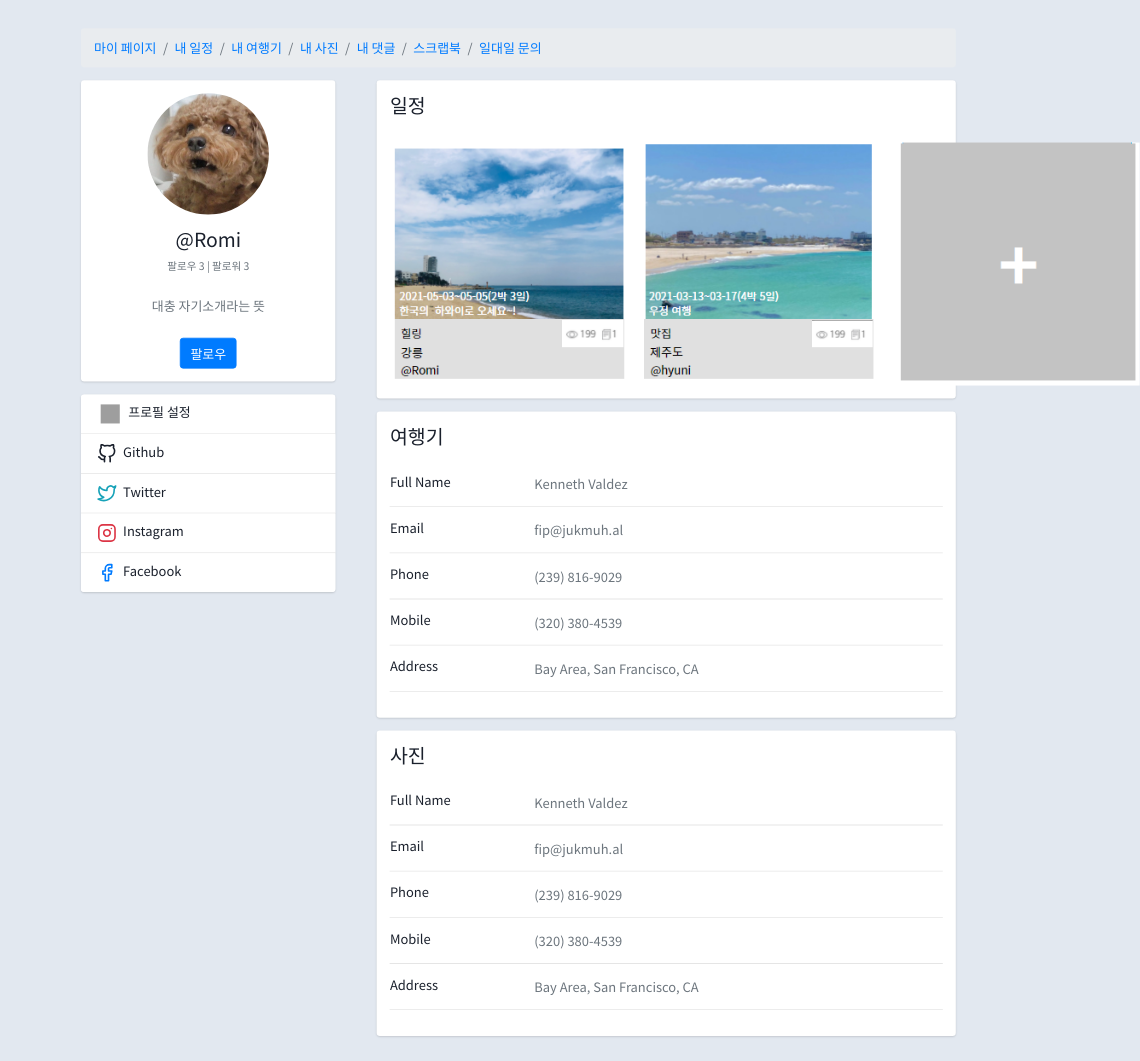
Repository: jangseohyun/LEGGO_2021
Page: http://localhost/PrjApp/ProfileTest.jsp
An editor plug-in stored every save of this project. The page is shown before and after the next save, followed by the edit.
The browser window is 1280 px wide. The page is 1407 px wide, then 1280 px, so the pictures cover 1407 px, including what lies to the right of the window. The pictures show the whole page, at 81% of full size.
Pictures or frames that could not be fetched are drawn as grey boxes. Some web libraries are served in a nearby version. The page is served by Tomcat 9. Other server files are loaded and not shown.

Above is the page before, as saved 2021-06-27 10:10:59.

### PrjApp/WebContent/ProfileTest.jsp
<%@ page contentType="text/html; charset=UTF-8"%>
<%@ taglib prefix="c" uri="http://java.sun.com/jsp/jstl/core"%>
<%
	request.setCharacterEncoding("UTF-8");
	String cp = request.getContextPath();
%>
<!DOCTYPE html>
<head>
    <meta charset="utf-8">
    <!--  This file has been downloaded from bootdey.com @bootdey on twitter -->
    <!--  All snippets are MIT license http://bootdey.com/license -->
    <title>ProfileTest.jsp</title>
    <meta name="viewport" content="width=device-width, initial-scale=1">
	<script src="https://code.jquery.com/jquery-1.10.2.min.js"></script>
    <link href="https://cdn.jsdelivr.net/npm/bootstrap@4.4.1/dist/css/bootstrap.min.css" rel="stylesheet">
	<script src="https://cdn.jsdelivr.net/npm/bootstrap@4.4.1/dist/js/bootstrap.bundle.min.js"></script>
	<link rel="preconnect" href="https://fonts.googleapis.com">
	<link rel="preconnect" href="https://fonts.gstatic.com" crossorigin>
	<link href="https://fonts.googleapis.com/css2?family=Noto+Sans+KR:wght@400;700&display=swap" rel="stylesheet">
</head>
<body>
<div class="container">
    <div class="main-body">

          <!-- 상단 메뉴 -->
          <nav aria-label="breadcrumb" class="main-breadcrumb">
            <ol class="breadcrumb">
              <li class="breadcrumb-item" aria-current="page"><a href="javascript:void(0)">마이 페이지</a></li>
              <li class="breadcrumb-item"><a href="">내 일정</a></li>
              <li class="breadcrumb-item"><a href="">내 여행기</a></li>
              <li class="breadcrumb-item"><a href="">내 사진</a></li>
              <li class="breadcrumb-item"><a href="">내 댓글</a></li>
              <li class="breadcrumb-item"><a href="">스크랩북</a></li>
              <li class="breadcrumb-item"><a href="">일대일 문의</a></li>
            </ol>
          </nav>

          <div class="row gutters-sm">
            <div class="col-md-4 mb-3">

              <!-- 프로필 -->
              <div class="card w-90">
                <div class="card-body">
                  <div class="d-flex flex-column align-items-center text-center">
                    <img src="images/profile_img_sample.jpg" alt="Admin" class="rounded-circle" width="150">
                    <div class="mt-3">
                      <h4>@Romi</h4>
                      <p class="text-secondary mb-1" style="font-size: 13px;">팔로우 3  |  팔로워 3</p><br>
                      <p class="text-secondary mb-1">대충 자기소개라는 뜻</p><br>
                      <button class="btn btn-primary">팔로우</button>
                    </div>
                  </div>
                </div>
              </div>

              <!-- 프로필 버튼 -->
              <div class="card mt-3 w-90">
                <ul class="list-group list-group-flush">
                  <li class="list-group-item d-flex justify-content-between align-items-center flex-wrap">
                    <h6 class="mb-0">&nbsp;<img src="https://image.flaticon.com/icons/png/512/3524/3524752.png" width="24" height="24">&nbsp;&nbsp;&nbsp;프로필 설정</h6>
                    <!-- <span class="text-secondary">https://bootdey.com</span> -->
                  </li>
                  <li class="list-group-item d-flex justify-content-between align-items-center flex-wrap">
                    <h6 class="mb-0"><svg xmlns="http://www.w3.org/2000/svg" width="24" height="24" viewBox="0 0 24 24" fill="none" stroke="currentColor" stroke-width="2" stroke-linecap="round" stroke-linejoin="round" class="feather feather-github mr-2 icon-inline"><path d="M9 19c-5 1.5-5-2.5-7-3m14 6v-3.87a3.37 3.37 0 0 0-.94-2.61c3.14-.35 6.44-1.54 6.44-7A5.44 5.44 0 0 0 20 4.77 5.07 5.07 0 0 0 19.91 1S18.73.65 16 2.48a13.38 13.38 0 0 0-7 0C6.27.65 5.09 1 5.09 1A5.07 5.07 0 0 0 5 4.77a5.44 5.44 0 0 0-1.5 3.78c0 5.42 3.3 6.61 6.44 7A3.37 3.37 0 0 0 9 18.13V22"></path></svg>Github</h6>
                  </li>
                  <li class="list-group-item d-flex justify-content-between align-items-center flex-wrap">
                    <h6 class="mb-0"><svg xmlns="http://www.w3.org/2000/svg" width="24" height="24" viewBox="0 0 24 24" fill="none" stroke="currentColor" stroke-width="2" stroke-linecap="round" stroke-linejoin="round" class="feather feather-twitter mr-2 icon-inline text-info"><path d="M23 3a10.9 10.9 0 0 1-3.14 1.53 4.48 4.48 0 0 0-7.86 3v1A10.66 10.66 0 0 1 3 4s-4 9 5 13a11.64 11.64 0 0 1-7 2c9 5 20 0 20-11.5a4.5 4.5 0 0 0-.08-.83A7.72 7.72 0 0 0 23 3z"></path></svg>Twitter</h6>
                  </li>
                  <li class="list-group-item d-flex justify-content-between align-items-center flex-wrap">
                    <h6 class="mb-0"><svg xmlns="http://www.w3.org/2000/svg" width="24" height="24" viewBox="0 0 24 24" fill="none" stroke="currentColor" stroke-width="2" stroke-linecap="round" stroke-linejoin="round" class="feather feather-instagram mr-2 icon-inline text-danger"><rect x="2" y="2" width="20" height="20" rx="5" ry="5"></rect><path d="M16 11.37A4 4 0 1 1 12.63 8 4 4 0 0 1 16 11.37z"></path><line x1="17.5" y1="6.5" x2="17.51" y2="6.5"></line></svg>Instagram</h6>
                  </li>
                  <li class="list-group-item d-flex justify-content-between align-items-center flex-wrap">
                    <h6 class="mb-0"><svg xmlns="http://www.w3.org/2000/svg" width="24" height="24" viewBox="0 0 24 24" fill="none" stroke="currentColor" stroke-width="2" stroke-linecap="round" stroke-linejoin="round" class="feather feather-facebook mr-2 icon-inline text-primary"><path d="M18 2h-3a5 5 0 0 0-5 5v3H7v4h3v8h4v-8h3l1-4h-4V7a1 1 0 0 1 1-1h3z"></path></svg>Facebook</h6>
                  </li>
                </ul>
              </div>
            </div>

            <!-- 일정 -->
            <div class="col-md-8">
              <div class="card mb-3">
                <div class="card-body">
                  <h4>일정</h4><br>
                  <img src="images/sample.PNG" style="height:300px;">
                  <!--
                  <div class="row">
                    <div class="col-sm-3">
                      <h6 class="mb-0">Full Name</h6>
                    </div>
                    <div class="col-sm-9 text-secondary">
                      Kenneth Valdez
                    </div>
                  </div>
                  <hr>
                  <div class="row">
                    <div class="col-sm-3">
                      <h6 class="mb-0">Email</h6>
                    </div>
                    <div class="col-sm-9 text-secondary">
                      fip@jukmuh.al
                    </div>
                  </div>
                  <hr>
                  <div class="row">
                    <div class="col-sm-3">
                      <h6 class="mb-0">Phone</h6>
                    </div>
                    <div class="col-sm-9 text-secondary">
                      (239) 816-9029
                    </div>
                  </div>
                  <hr>
                  <div class="row">
                    <div class="col-sm-3">
                      <h6 class="mb-0">Mobile</h6>
                    </div>
                    <div class="col-sm-9 text-secondary">
                      (320) 380-4539
                    </div>
                  </div>
                  <hr>
                  <div class="row">
                    <div class="col-sm-3">
                      <h6 class="mb-0">Address</h6>
                    </div>
                    <div class="col-sm-9 text-secondary">
                      Bay Area, San Francisco, CA
                    </div>
                  </div>
                  <hr>
                  <div class="row">

                    <div class="col-sm-12">
                      <a class="btn btn-info " target="__blank" href="https://www.bootdey.com/snippets/view/profile-edit-data-and-skills">Edit</a>
                    </div>

                  </div>
                   -->
                </div>
              </div>

              <!-- 여행기 -->
              <div class="card mb-3">
                <div class="card-body">
                  <h4>여행기</h4><br>
                  <div class="row">
                    <div class="col-sm-3">
                      <h6 class="mb-0">Full Name</h6>
                    </div>
                    <div class="col-sm-9 text-secondary">
                      Kenneth Valdez
                    </div>
                  </div>
                  <hr>
                  <div class="row">
                    <div class="col-sm-3">
                      <h6 class="mb-0">Email</h6>
                    </div>
                    <div class="col-sm-9 text-secondary">
                      fip@jukmuh.al
                    </div>
                  </div>
                  <hr>
                  <div class="row">
                    <div class="col-sm-3">
                      <h6 class="mb-0">Phone</h6>
                    </div>
                    <div class="col-sm-9 text-secondary">
                      (239) 816-9029
                    </div>
                  </div>
                  <hr>
                  <div class="row">
                    <div class="col-sm-3">
                      <h6 class="mb-0">Mobile</h6>
                    </div>
                    <div class="col-sm-9 text-secondary">
                      (320) 380-4539
                    </div>
                  </div>
                  <hr>
                  <div class="row">
                    <div class="col-sm-3">
                      <h6 class="mb-0">Address</h6>
                    </div>
                    <div class="col-sm-9 text-secondary">
                      Bay Area, San Francisco, CA
                    </div>
                  </div>
                  <hr>
                  <div class="row">
                  <!--
                    <div class="col-sm-12">
                      <a class="btn btn-info " target="__blank" href="https://www.bootdey.com/snippets/view/profile-edit-data-and-skills">Edit</a>
                    </div>
                   -->
                  </div>
                </div>
              </div>

              <!-- 사진 -->
              <div class="card mb-3">
                <div class="card-body">
                  <h4>사진</h4><br>
                  <div class="row">
                    <div class="col-sm-3">
                      <h6 class="mb-0">Full Name</h6>
                    </div>
                    <div class="col-sm-9 text-secondary">
                      Kenneth Valdez
                    </div>
                  </div>
                  <hr>
                  <div class="row">
                    <div class="col-sm-3">
                      <h6 class="mb-0">Email</h6>
                    </div>
                    <div class="col-sm-9 text-secondary">
                      fip@jukmuh.al
                    </div>
                  </div>
                  <hr>
                  <div class="row">
                    <div class="col-sm-3">
                      <h6 class="mb-0">Phone</h6>
                    </div>
                    <div class="col-sm-9 text-secondary">
                      (239) 816-9029
                    </div>
                  </div>
                  <hr>
                  <div class="row">
                    <div class="col-sm-3">
                      <h6 class="mb-0">Mobile</h6>
                    </div>
                    <div class="col-sm-9 text-secondary">
                      (320) 380-4539
                    </div>
                  </div>
                  <hr>
                  <div class="row">
                    <div class="col-sm-3">
                      <h6 class="mb-0">Address</h6>
                    </div>
                    <div class="col-sm-9 text-secondary">
                      Bay Area, San Francisco, CA
                    </div>
                  </div>
                  <hr>
                  <div class="row">
                  <!--
                    <div class="col-sm-12">
                      <a class="btn btn-info " target="__blank" href="https://www.bootdey.com/snippets/view/profile-edit-data-and-skills">Edit</a>
                    </div>
                   -->
                  </div>
                </div>
              </div>

            </div><!-- end col-md-8 -->
         </div><!-- end row gutters-sm -->
     </div><!-- end main-body -->
</div><!-- end container -->

<style type="text/css">
body{
    margin-top:20px;
    color: #1a202c;
    text-align: left;
    background-color: #e2e8f0;
    font-family: 'Noto Sans KR', sans-serif;
}
.main-body {
    padding: 15px;
}
.card {
    box-shadow: 0 1px 3px 0 rgba(0,0,0,.1), 0 1px 2px 0 rgba(0,0,0,.06);
}

.card {
    position: relative;
    display: flex;
    flex-direction: column;
    min-width: 0;
    word-wrap: break-word;
    background-color: #fff;
    background-clip: border-box;
    border: 0 solid rgba(0,0,0,.125);
    border-radius: .25rem;
}

.card-body {
    flex: 1 1 auto;
    min-height: 1px;
    padding: 1rem;
}

.gutters-sm {
    margin-right: -8px;
    margin-left: -8px;
}

.gutters-sm>.col, .gutters-sm>[class*=col-] {
    padding-right: 8px;
    padding-left: 8px;
}
.mb-3, .my-3 {
    margin-bottom: 1rem!important;
}

.bg-gray-300 {
    background-color: #e2e8f0;
}
.h-100 {
    height: 100%!important;
}
.shadow-none {
    box-shadow: none!important;
}
.w-90 {
	width: 90%!important;
}

</style>

<script type="text/javascript">

</script>
</body>
</html>

After the next save:
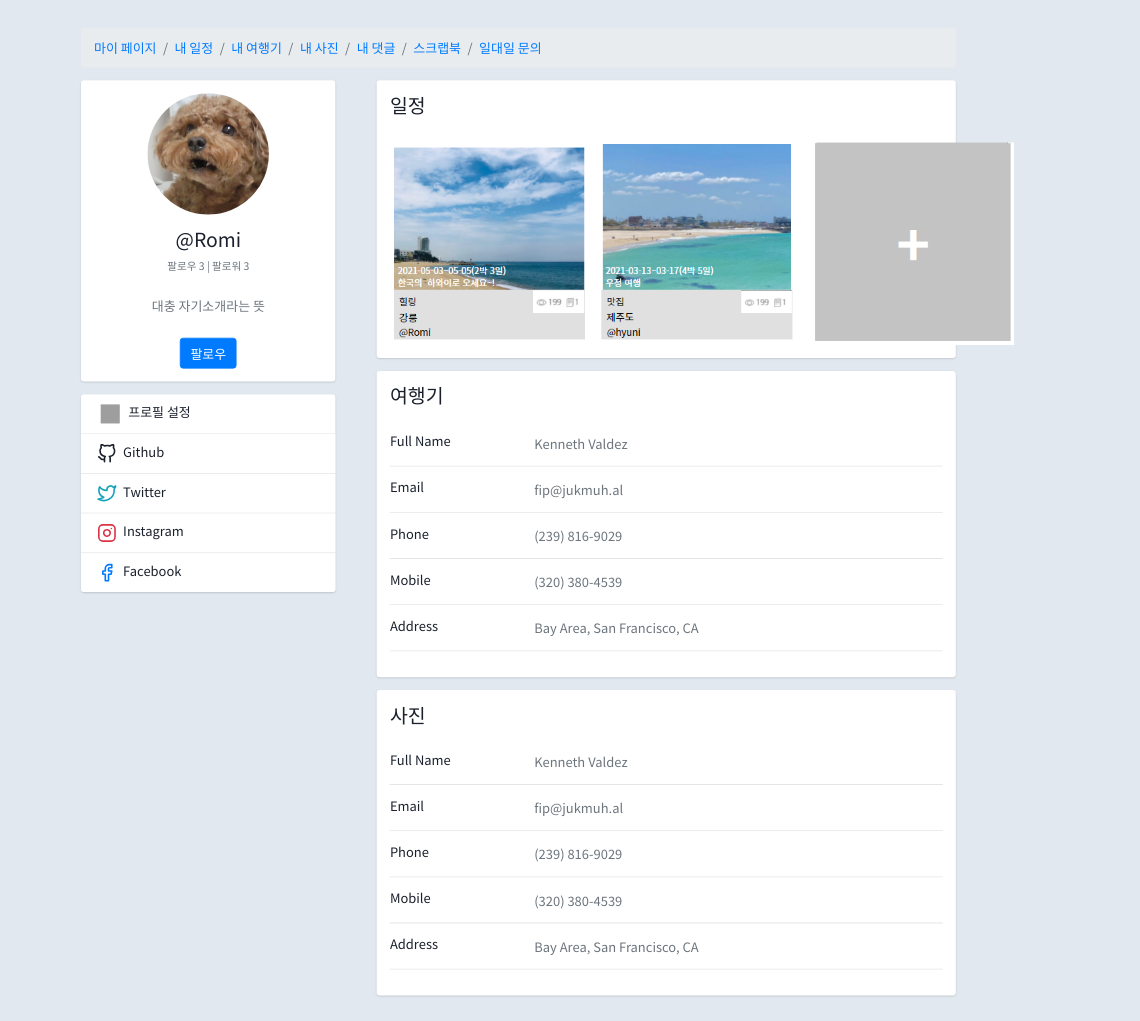
Saved 6 s later.
--- a/PrjApp/WebContent/ProfileTest.jsp
+++ b/PrjApp/WebContent/ProfileTest.jsp
@@ -81,7 +81,7 @@
               <div class="card mb-3">
                 <div class="card-body">
                   <h4>일정</h4><br>
-                  <img src="images/sample.PNG" style="height:300px;">
+                  <img src="images/sample.PNG" style="height:250px;">
                   <!--
                   <div class="row">
                     <div class="col-sm-3">
